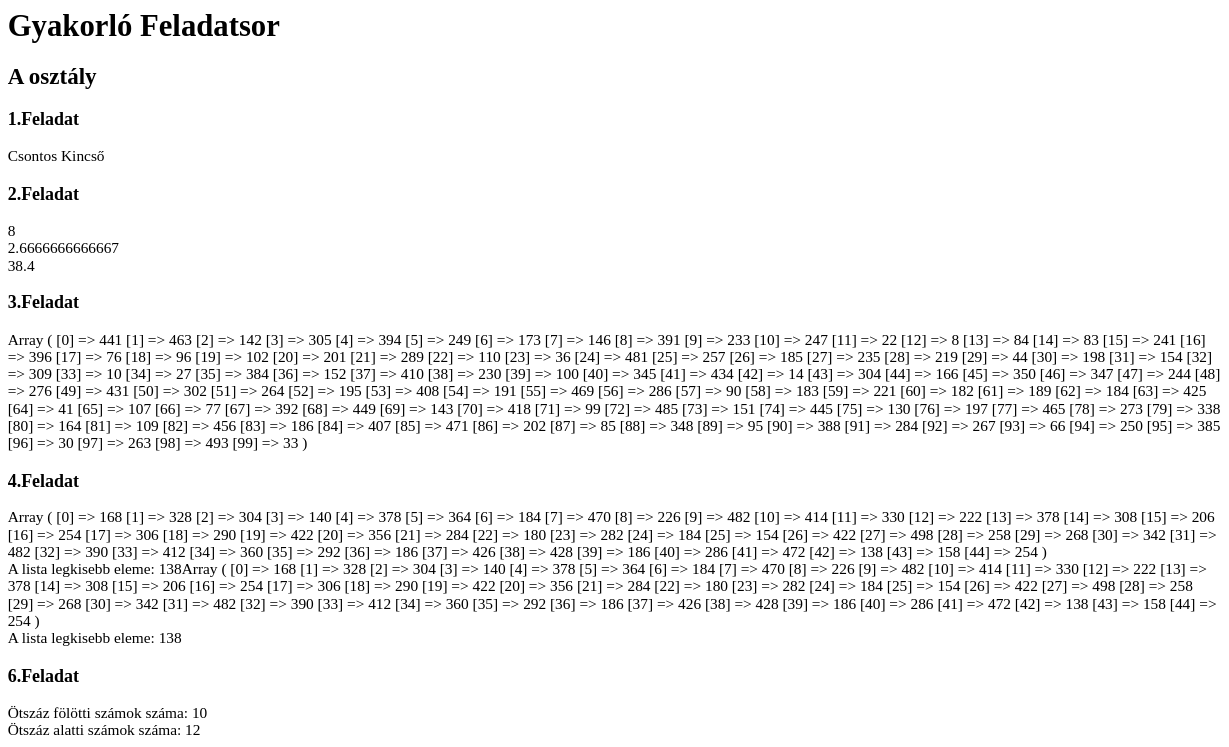
Repository: doomhyena/htdocs
Page: http://localhost/00.Home/4. gyakorlofeladatsoraosztaly.php
An editor plug-in stored every save of this project. The page is shown before and after the next save, followed by the edit.
The browser window is 1280 px wide. The pictures show the whole page, at 96% of full size.
The page is run by PHP 8.4 with error messages shown; the project is at /var/www/html/.

Above is the page before, as saved 2024-09-27 09:43:07.

After the next save:
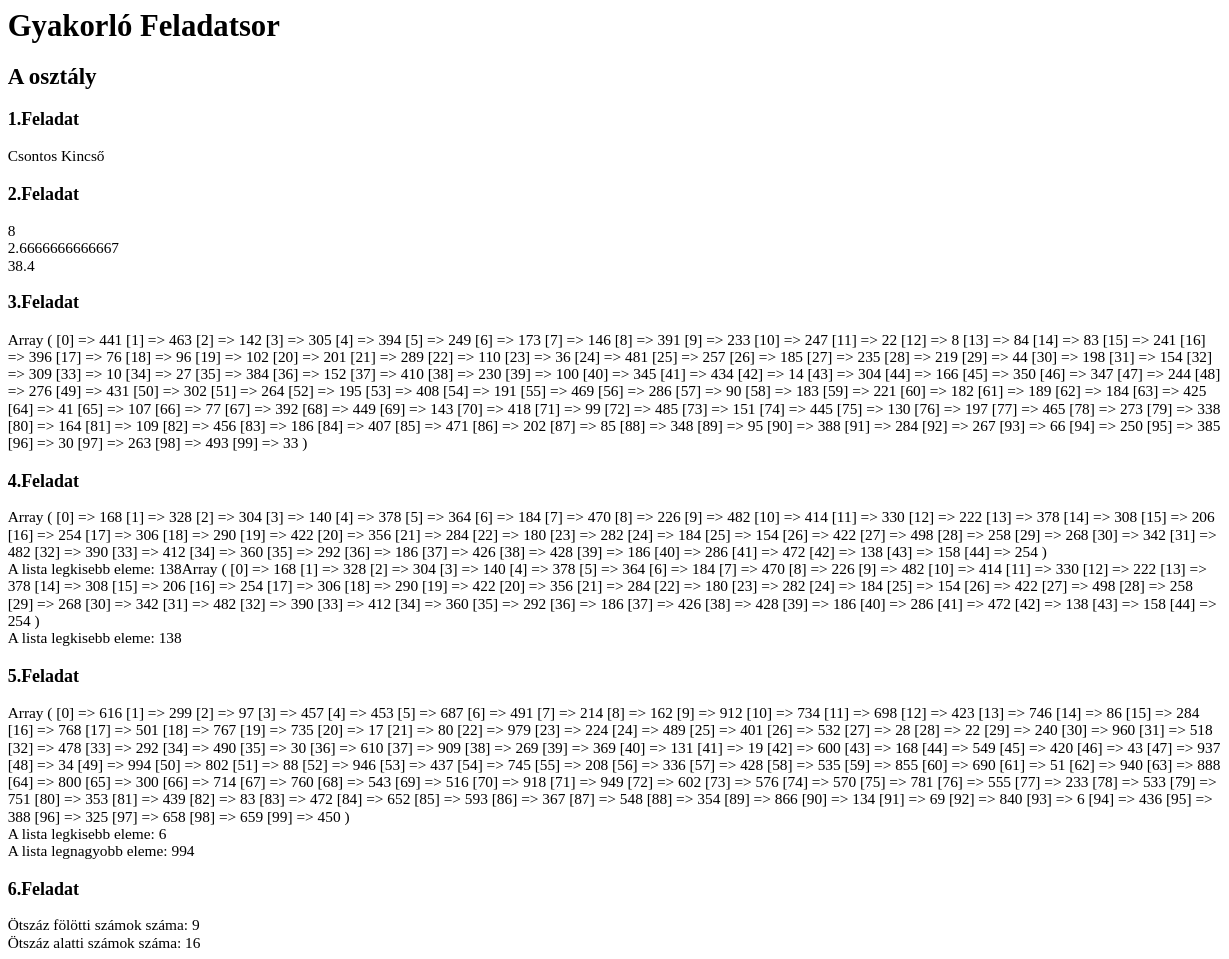
Saved 16 s later.
--- a/00.Home/4. gyakorlofeladatsoraosztaly.php
+++ b/00.Home/4. gyakorlofeladatsoraosztaly.php
@@ -71,7 +71,6 @@ echo "A lista legkisebb eleme: $legkisebb";
 
 // ----------------------------------------------------------------------
 
-/*
 echo "<h3>5.Feladat</h3>";
 
 $lista = array();
@@ -103,7 +102,7 @@ if (count($lista) > 0) {
     echo "A lista legnagyobb eleme: $legnagyobb";
 
 }
-*/
+
 // ----------------------------------------------------------------------
 
 echo "<h3>6.Feladat</h3>";
